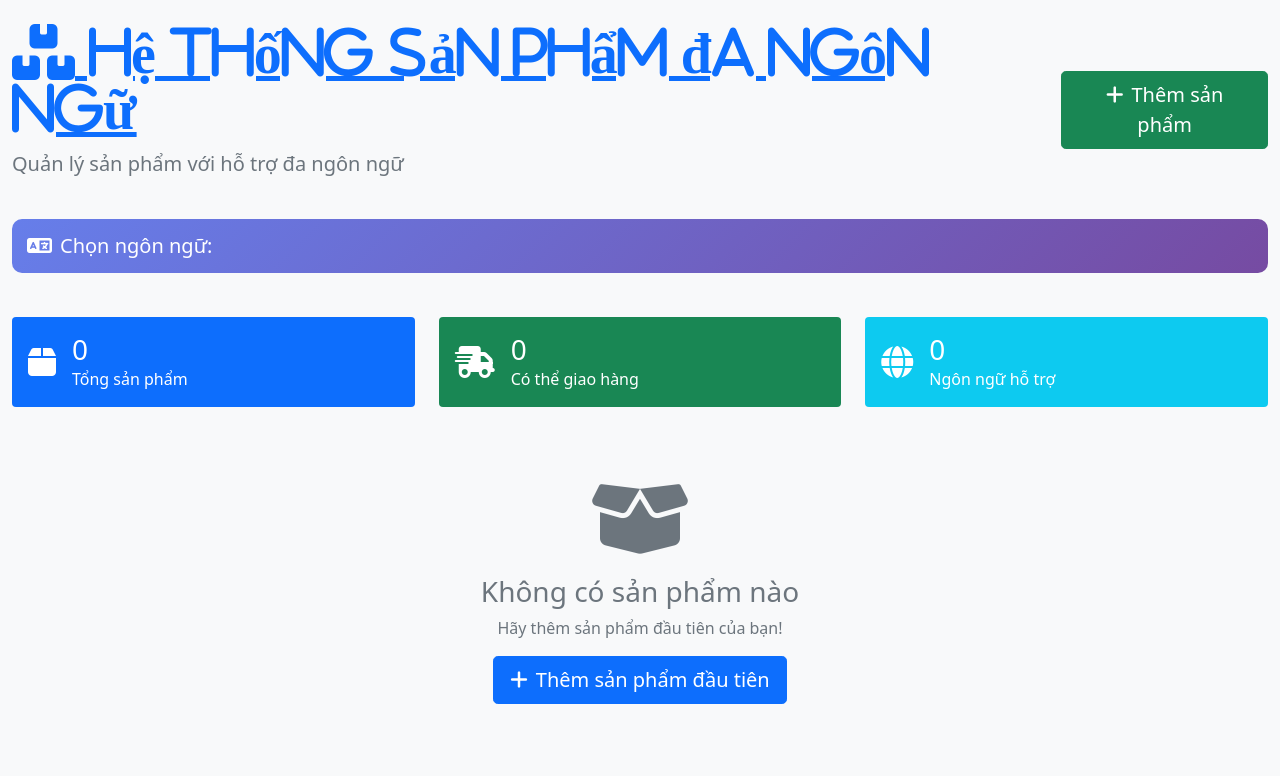
Repository: MaryPhuong11/JSP-Servlet
Page: http://localhost/JSP-Servlet/products
The author's editor kept a copy of each file at every save. The page is drawn from the files as they stood at one save, then again after the next save.
The browser window is 1280 px wide. The pictures show the whole page.
The page is served by Tomcat 9. Queries for data that is not in the repository find no rows.

Above is the page before, as saved 2025-10-14 10:58:25.

After the next save:
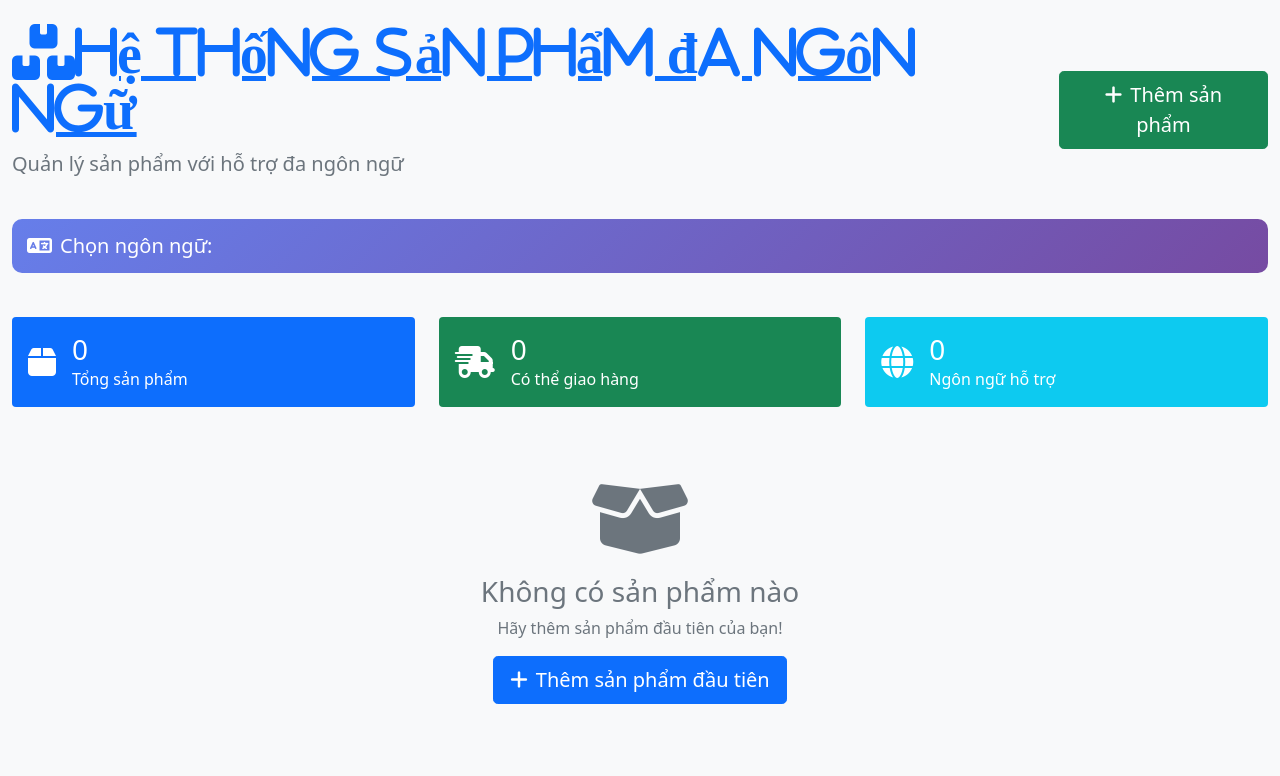
Saved 6 s later.
--- a/JSP-Servlet/src/main/webapp/WEB-INF/jsp/product-list.jsp
+++ b/JSP-Servlet/src/main/webapp/WEB-INF/jsp/product-list.jsp
@@ -64,9 +64,7 @@
                 <div class="d-flex justify-content-between align-items-center">
                     <div>
                         <h1 class="display-4 fw-bold text-primary">
-                           <a href="/JSP-Servlet/products" class="fas fa-boxes me-3">
-    <fmt:message key="product.list.title"/>
-</a>
+                           <a href="/JSP-Servlet/products" class="fas fa-boxes me-3"><fmt:message key="product.list.title"/></a>
 
 
                         </h1>
